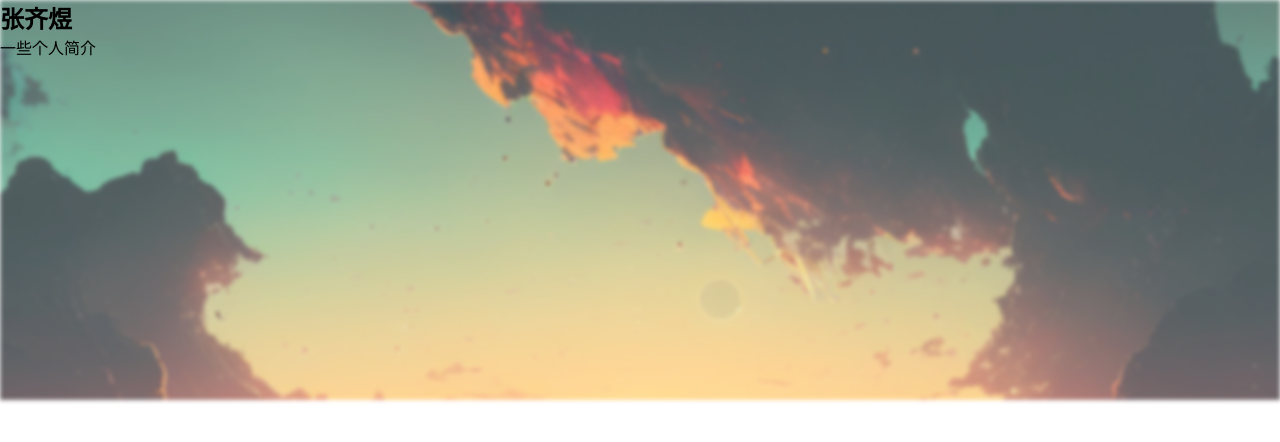
Repository: TheBiggestFatCat/myblog-frontend
Page: /
These files come from the project's save history. The page is drawn as it stood at one moment and after the next save; the edit follows.
The browser window is 1280 px wide. The pictures show the whole page.
The project was rebuilt for these pictures with package versions that can differ from the ones it lists, and the page was loaded fresh each time. Also part of the build but not shown: vite.config.ts.

Above is the page before, as saved 2023-02-26 08:45:19.

### src/style.css
* {
  margin: 0;
  padding: 0;
}

/* :root {
  font-family: Inter, system-ui, Avenir, Helvetica, Arial, sans-serif;
  line-height: 1.5;
  font-weight: 400;

  color-scheme: light dark;
  color: rgba(255, 255, 255, 0.87);
  background-color: #242424;

  font-synthesis: none;
  text-rendering: optimizeLegibility;
  -webkit-font-smoothing: antialiased;
  -moz-osx-font-smoothing: grayscale;
  -webkit-text-size-adjust: 100%;
}

a {
  font-weight: 500;
  color: #646cff;
  text-decoration: inherit;
}
a:hover {
  color: #535bf2;
}

body {
  margin: 0;
  display: flex;
  place-items: center;
  min-width: 320px;
  min-height: 100vh;
}

h1 {
  font-size: 3.2em;
  line-height: 1.1;
}

button {
  border-radius: 8px;
  border: 1px solid transparent;
  padding: 0.6em 1.2em;
  font-size: 1em;
  font-weight: 500;
  font-family: inherit;
  background-color: #1a1a1a;
  cursor: pointer;
  transition: border-color 0.25s;
}
button:hover {
  border-color: #646cff;
}
button:focus,
button:focus-visible {
  outline: 4px auto -webkit-focus-ring-color;
}

.card {
  padding: 2em;
}

#app {
  max-width: 1280px;
  margin: 0 auto;
  padding: 2rem;
  text-align: center;
}

@media (prefers-color-scheme: light) {
  :root {
    color: #213547;
    background-color: #ffffff;
  }
  a:hover {
    color: #747bff;
  }
  button {
    background-color: #f9f9f9;
  }
} */

### src/App.vue
<script setup lang="ts">
import Home from './components/Home/Home.vue';
</script>

<template>
  <Home/>
</template>

<style scoped>
</style>

### src/components/Home/Home.vue
<template>
  <div class="home">
    <div class="home-top">
      <div class="avatar"></div>
      <div class="avatar-right">
        <h2>张齐煜</h2>
        <p>一些个人简介</p>
      </div>
    </div>
  </div>
</template>

<script lang='ts' setup>
</script>

<style lang="less" scoped>
.home-top {
  width: 1000px;
  height: 400px;
  // background-image: url(@/assets/pics/home1.jpg);
  // background-size: cover;
}

.home-top::before {
  content: "";
  position: absolute;
  top: 0;
  left: 0;
  width: 100vw;
  height: 400px;
  // width: 100%;
  // height: 100%;
  background-image: url(@/assets/pics/home1.jpg);
  // background-position: 0 -200px;
  background-size: cover;
  filter: blur(2px); /* 设置模糊半径 */
  opacity: 0.85; /* 设置不透明度 */
  z-index: -1; /* 将遮罩层放在最底层 */
}
</style>

Loaded but not shown: index.html (common file); src/main.ts (common file)

After the next save:
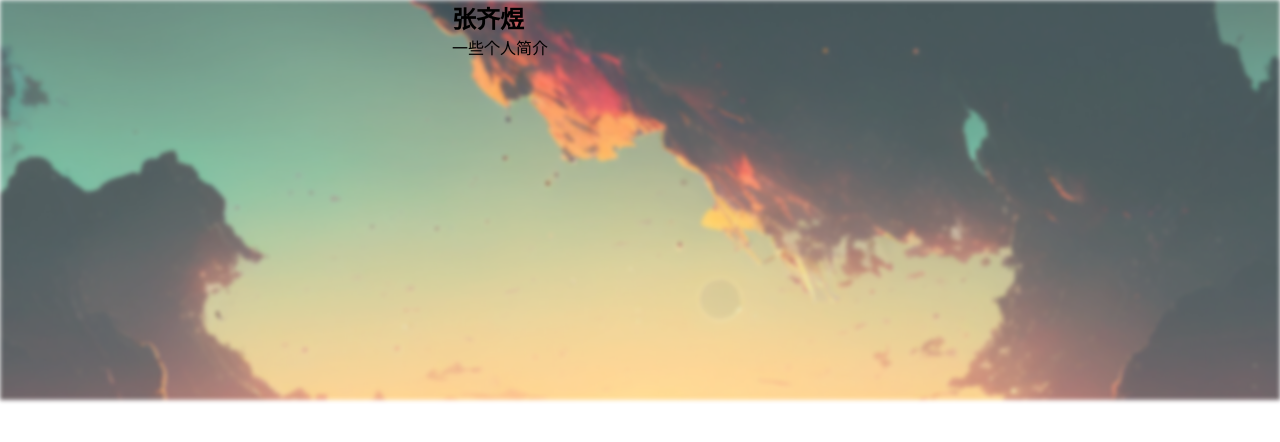
Saved 49 s later.
--- a/src/components/Home/Home.vue
+++ b/src/components/Home/Home.vue
@@ -17,8 +17,8 @@
 .home-top {
   width: 1000px;
   height: 400px;
-  // background-image: url(@/assets/pics/home1.jpg);
-  // background-size: cover;
+  display: flex;
+  justify-content: center;
 }
 
 .home-top::before {
